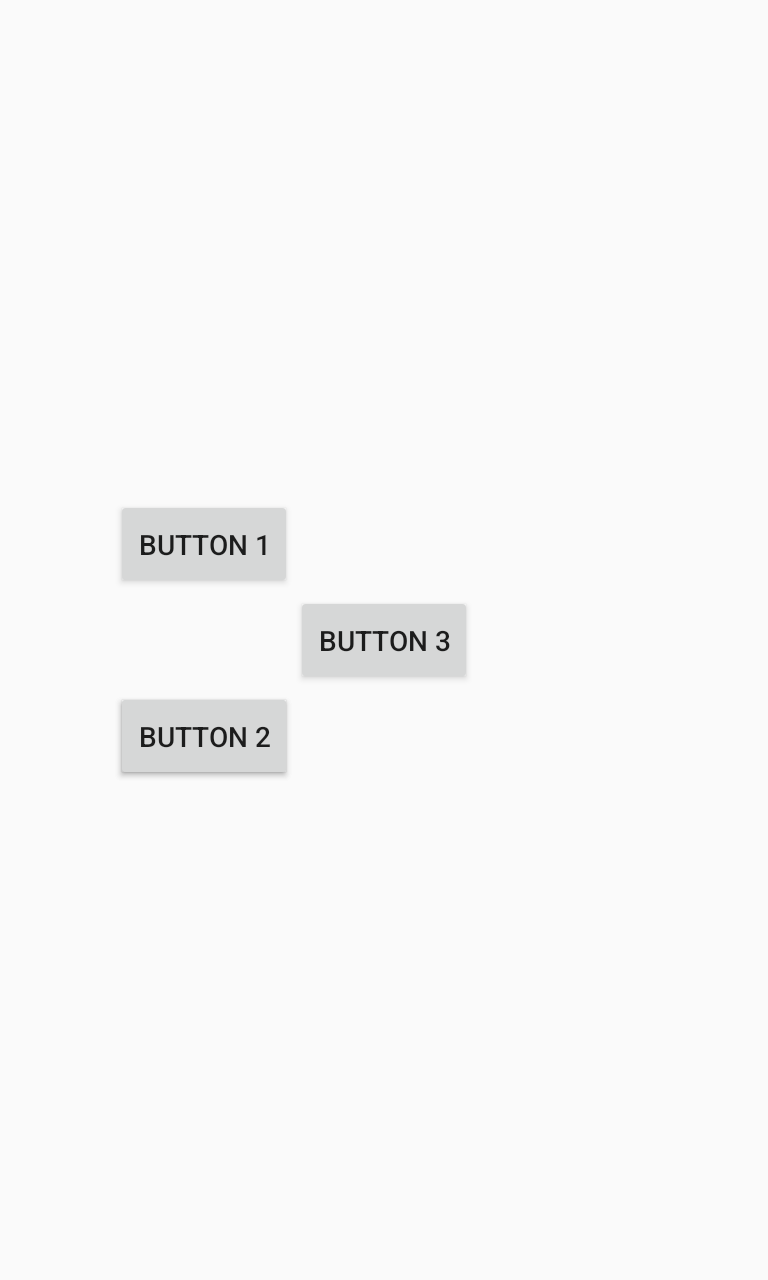
Repository: guyuzhilian/Programs
Layout: Android/UILayoutTest/res/layout/activity_main.xml
These files come from the project's save history. The layout is drawn as it stood at one moment and after the next save; the edit follows.
It is drawn on a 768 x 1280 px phone screen (xhdpi) without system bars, with theme AppTheme; the app's code is not run.

Above is the layout before, as saved 2015-06-25 08:39:53.

After the next save:
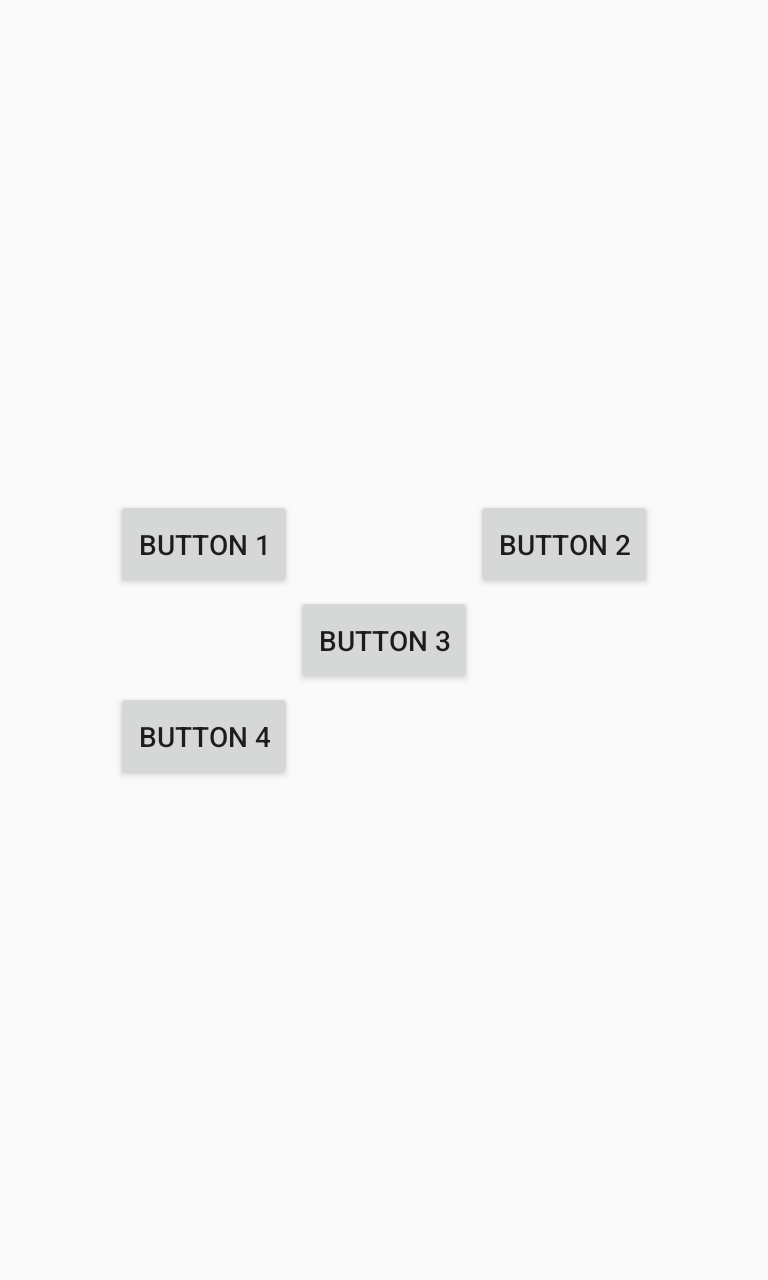
Saved 39 s later.
--- a/Android/UILayoutTest/res/layout/activity_main.xml
+++ b/Android/UILayoutTest/res/layout/activity_main.xml
@@ -21,15 +21,15 @@
 	    android:id="@+id/button2"
 	    android:layout_width="wrap_content"
 	    android:layout_height="wrap_content"
-	    android:layout_below="@id/button3"
-	    android:layout_toLeftOf="@id/button3"
+	    android:layout_above="@id/button3"
+	    android:layout_toRightOf="@id/button3"
 	    android:text="Button 2" />
 
 	<Button
-	    android:id="@+id/button2"
+	    android:id="@+id/button4"
 	    android:layout_width="wrap_content"
 	    android:layout_height="wrap_content"
 	    android:layout_below="@id/button3"
 	    android:layout_toLeftOf="@id/button3"
-	    android:text="Button 2" />
+	    android:text="Button 4" />
 </RelativeLayout>
